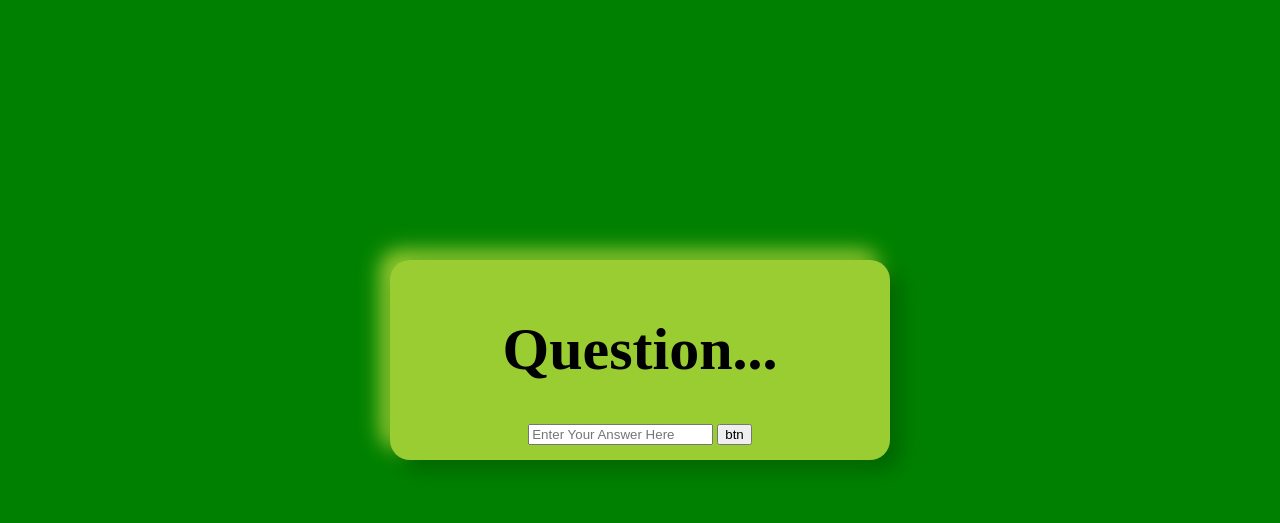
Repository: Joseph061200/Dynamic_Lab2
Page: joseph.html
The author's editor kept a copy of each file at every save. The page is drawn from the files as they stood at one save, then again after the next save.
The browser window is 1280 px wide. The pictures show the whole page.

Above is the page before, as saved 2020-02-20 14:19:13.

After the next save:
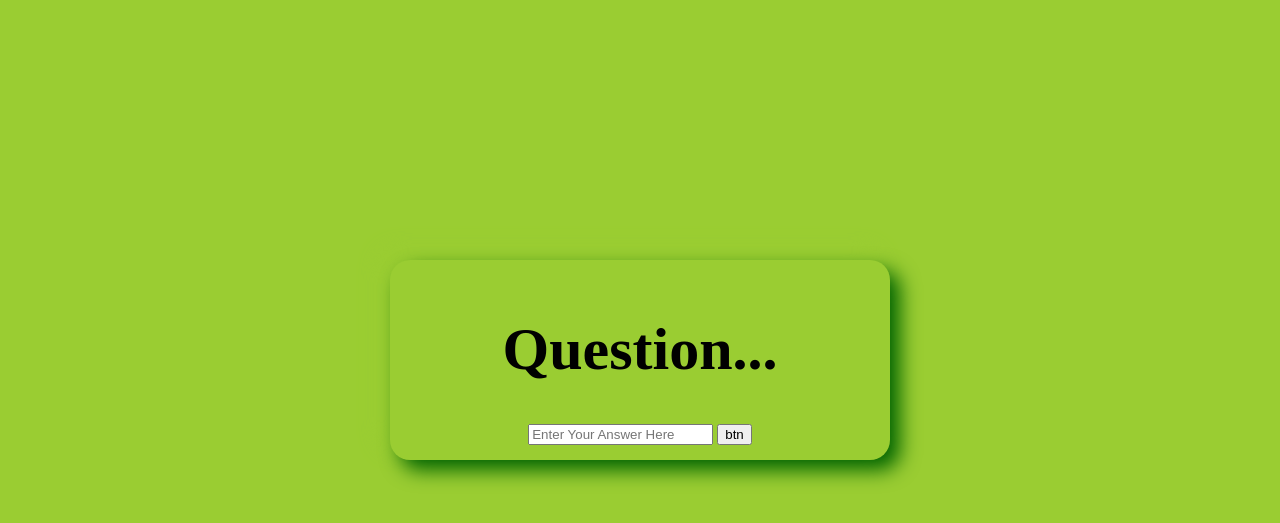
Saved 55 s later.
--- a/joseph.css
+++ b/joseph.css
@@ -7,7 +7,7 @@ body,html {
     display: flex;
     justify-content: center;
     align-items: center;
-    background-color: green;
+    background-color: yellowgreen;
 }
 .pop_up{
     width: 500px;
